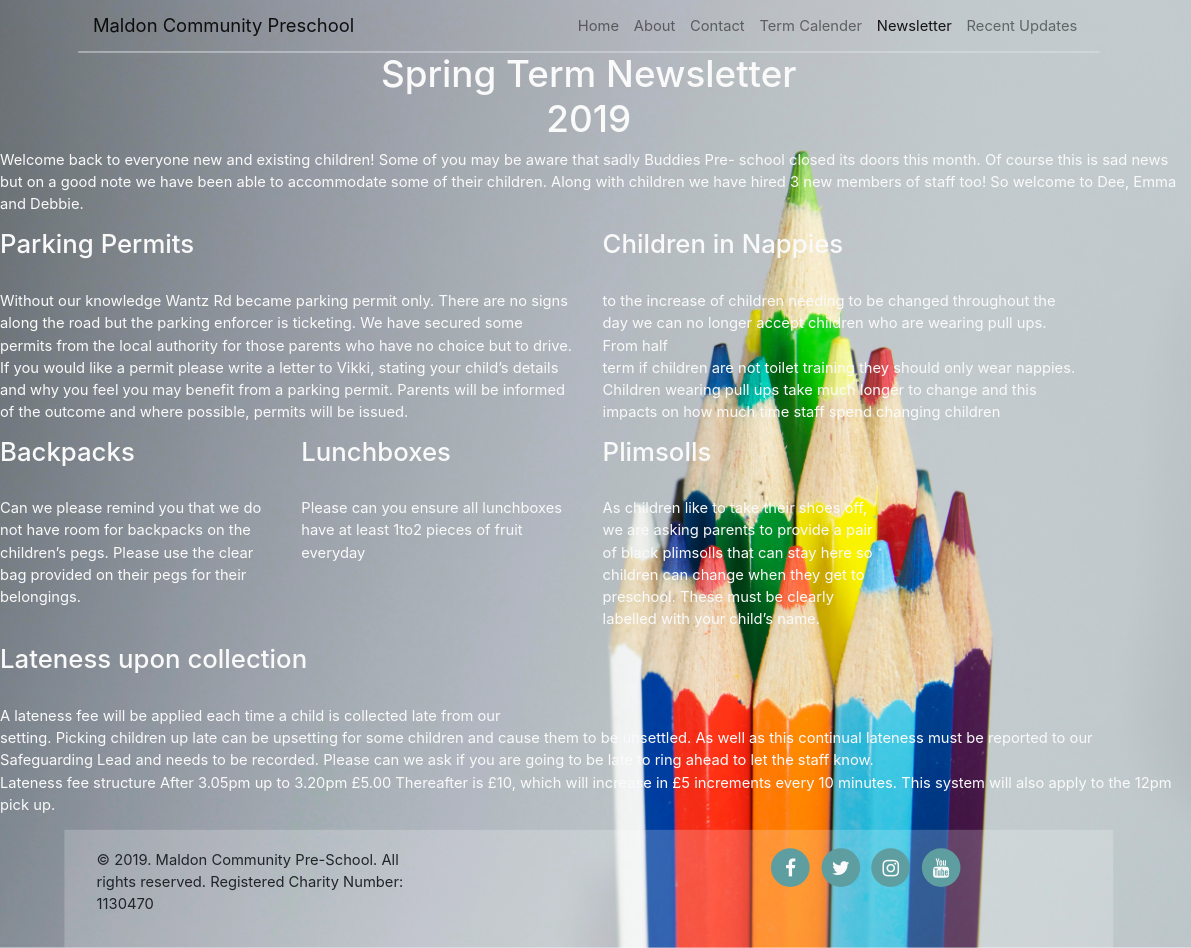
Repository: parkslee/milestone_1
Page: newsletter.html
The author's editor kept a record of every edit. The page is drawn from the files as they stood at one moment, then again after the next edit.
The browser window is 1280 px wide. The page is 1295 px wide, so the pictures cover 1295 px, including what lies to the right of the window. The pictures show the whole page, at 92% of full size.
Some web libraries are served in a nearby version.

Above is the page before.

After the next edit:
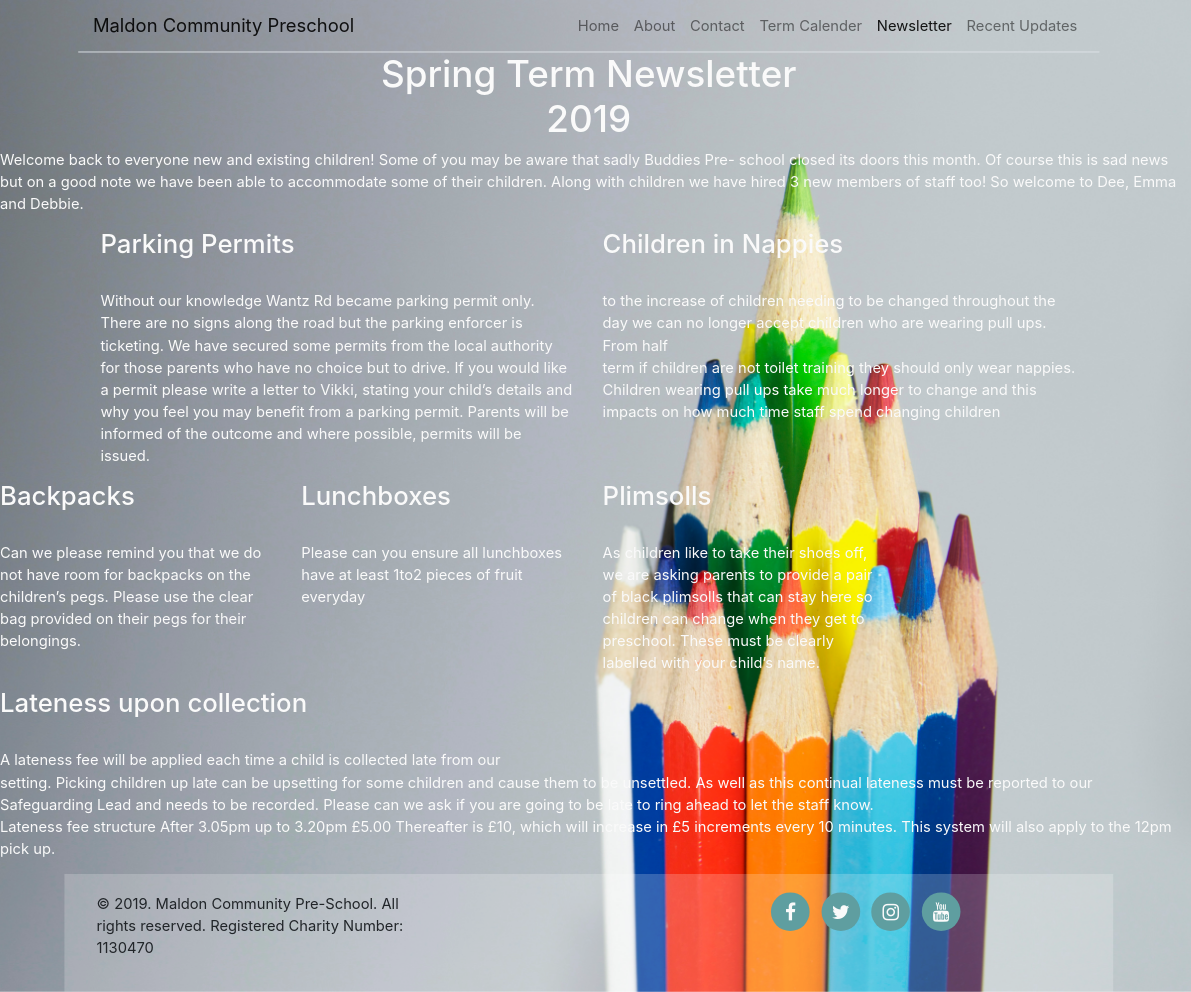
The edit:
--- a/newsletter.html
+++ b/newsletter.html
@@ -77,8 +77,8 @@
 
             </div>
         </div>
-        <div class="row">
-            <div class="col-sm-12 col-md-6 newsletter-blocks">
+        <div class="row justify-content-center">
+            <div class="col-sm-12 col-md-5 newsletter-blocks">
                 <h3>Parking Permits</h3>
                 <br>
                 <p> Without our knowledge
